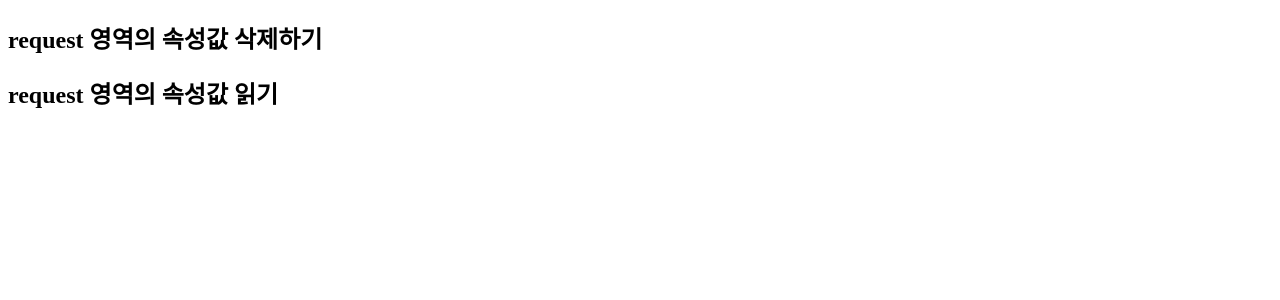
Repository: Dnadit/JSPServlet
Page: http://localhost/MustHaveJSP/Chap03_Scope/RequestMain.jsp
The author's editor kept a copy of each file at every save. The page is drawn from the files as they stood at one save, then again after the next save.
The browser window is 1280 px wide. The pictures show the whole page.
The page is served by Tomcat 9. Other server files are loaded and not shown.

Above is the page before, as saved 2023-02-22 01:30:45.

### MustHaveJSP/src/main/webapp/Chap03_Scope/RequestMain.jsp
<%@ page import="common.Person" %>
<%@ page language="java" contentType="text/html; charset=UTF-8"
    pageEncoding="UTF-8"%>
<%
request.setAttribute("requestString", "request 영역의 문자열");
request.setAttribute("requestPerson", new Person("안중근", 31));
%>
<!DOCTYPE html>
<html>
<head>
<meta charset="UTF-8">
<title>request 영역</title>
</head>
<body>
	<h2>request 영역의 속성값 삭제하기</h2>
	<%
		request.removeAttribute("requestString");
		request.removeAttribute("requestInteger");
	%>
	<h2>request 영역의 속성값 읽기</h2>
</body>
</html>

### MustHaveJSP/src/main/java/common/Person.java
package common;

public class Person {
	private String name;
	private int age;

	public Person() {
		// TODO Auto-generated constructor stub
	}

	public Person(String name, int age) {
		super();
		this.name = name;
		this.age = age;
	}

	public String getName() {
		return name;
	}

	public void setName(String name) {
		this.name = name;
	}

	public int getAge() {
		return age;
	}

	public void setAge(int age) {
		this.age = age;
	}

	@Override
	public String toString() {
		return "Person [name=" + name + ", age=" + age + "]";
	}

}

After the next save:
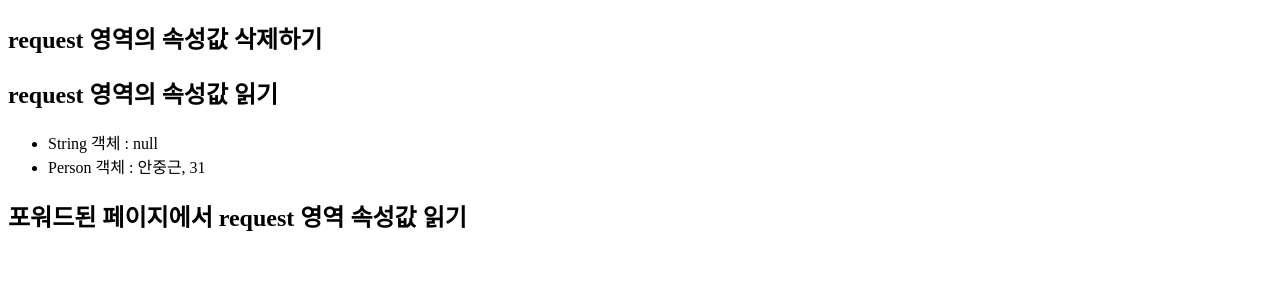
Saved 4 min 15 s later.
--- a/MustHaveJSP/src/main/webapp/Chap03_Scope/RequestMain.jsp
+++ b/MustHaveJSP/src/main/webapp/Chap03_Scope/RequestMain.jsp
@@ -18,5 +18,16 @@ request.setAttribute("requestPerson", new Person("안중근", 31));
 		request.removeAttribute("requestInteger");
 	%>
 	<h2>request 영역의 속성값 읽기</h2>
+	<%
+	Person rPerson = (Person)(request.getAttribute("requestPerson"));
+	%>
+	<ul>
+		<li>String 객체 : <%= request.getAttribute("requestString") %></li>
+		<li>Person 객체 : <%= rPerson.getName() %>, <%= rPerson.getAge() %></li>
+	</ul>
+	<h2>포워드된 페이지에서 request 영역 속성값 읽기</h2>
+	<%--
+	request.getRequestDispatcher("RequestForward.jsp?paramHan=한글&paramEng=English").foward(request, response);
+	 --%>
 </body>
 </html>
